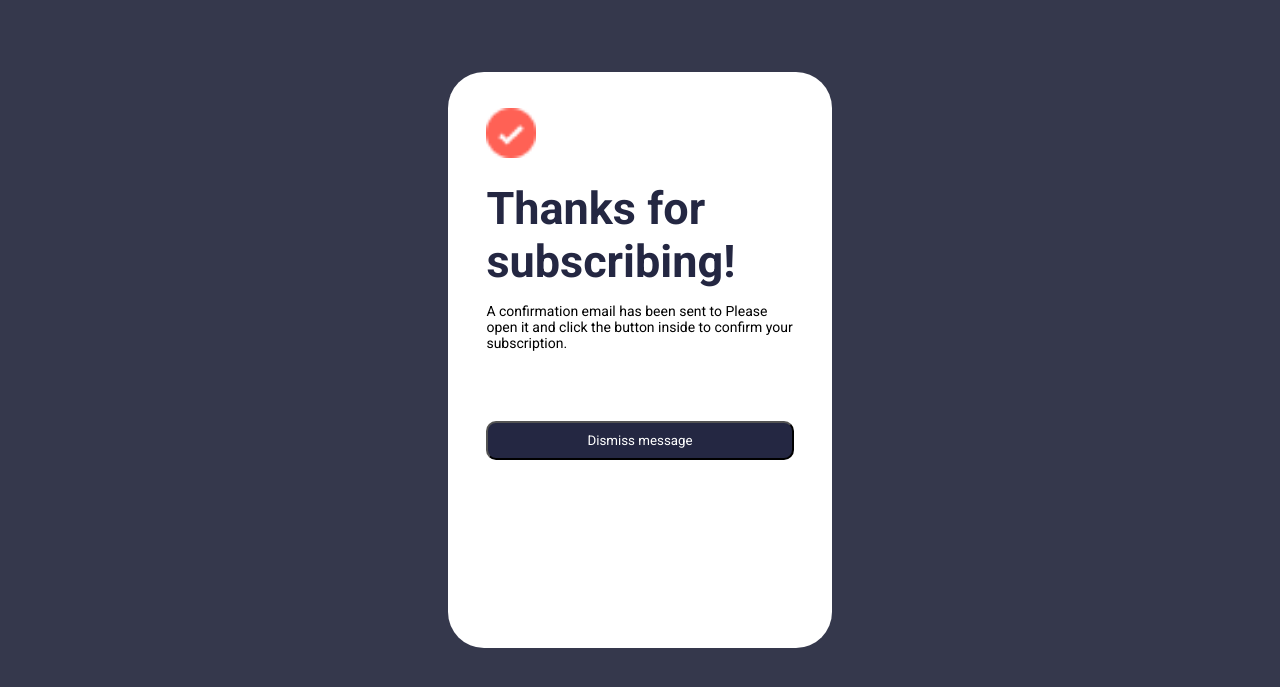
Repository: Harriet124/QA-project
Page: confirmation.html
The author's editor kept a copy of each file at every save. The page is drawn from the files as they stood at one save, then again after the next save.
The browser window is 1280 px wide. The pictures show the whole page.

Above is the page before, as saved 2024-04-04 23:00:08.
Console error: TypeError: Cannot read properties of null (reading 'addEventListener')

After the next save:
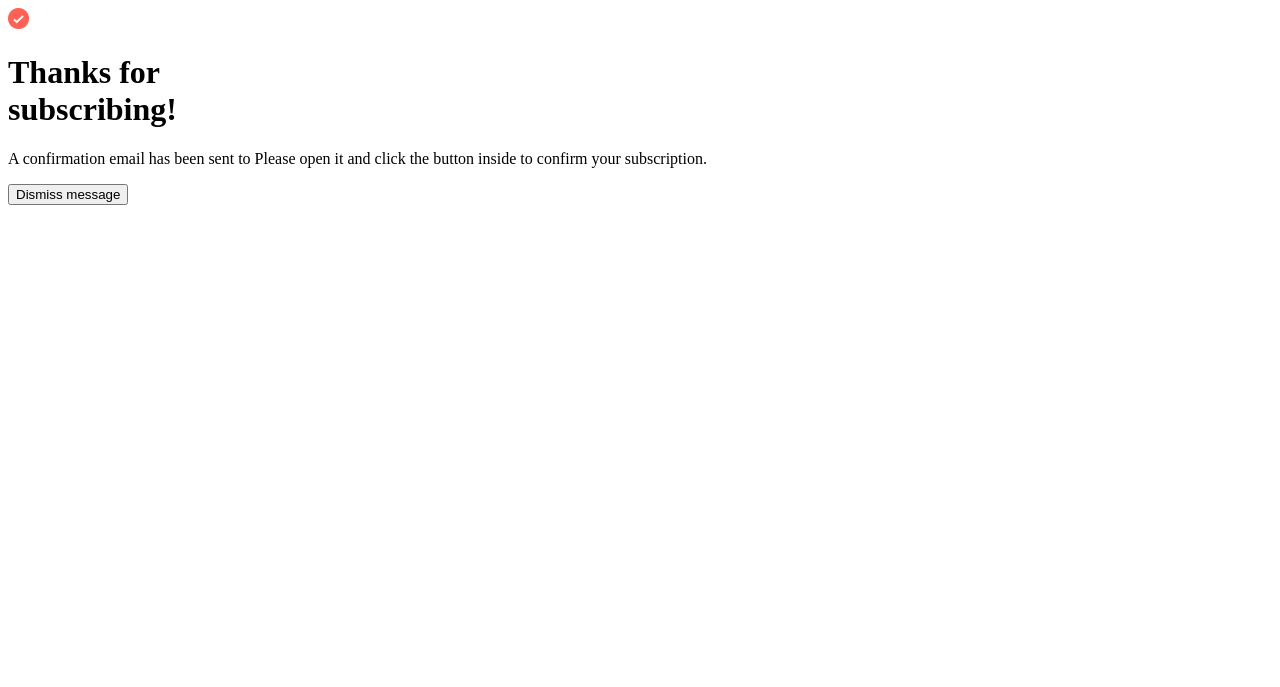
Saved 78 s later.
--- a/confirmation.html
+++ b/confirmation.html
@@ -4,7 +4,7 @@
 <head>
     <meta charset="UTF-8">
     <meta name="viewport" content="width=device-width, initial-scale=1.0">
-    <link rel="stylesheet" href="./assets/css/confirmation.css">
+    <link rel="stylesheet" href="/">
     <link
         href="https://fonts.googleapis.com/css2?family=Roboto:ital,wght@0,100;0,300;0,400;0,500;0,700;0,900;1,100;1,300;1,400;1,500;1,700;1,900&display=swap"
         rel="stylesheet">

After the save that followed:
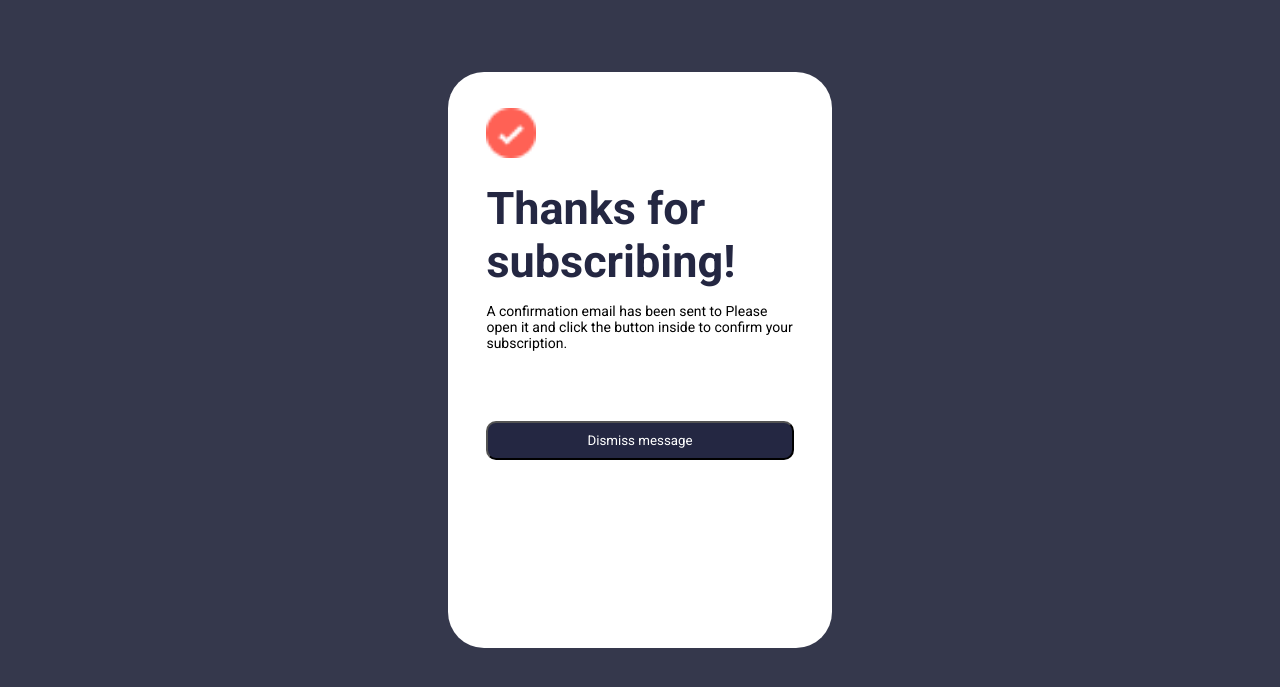
Saved 4 s later.
--- a/confirmation.html
+++ b/confirmation.html
@@ -4,7 +4,7 @@
 <head>
     <meta charset="UTF-8">
     <meta name="viewport" content="width=device-width, initial-scale=1.0">
-    <link rel="stylesheet" href="/">
+    <link rel="stylesheet" href="/confirmation.css">
     <link
         href="https://fonts.googleapis.com/css2?family=Roboto:ital,wght@0,100;0,300;0,400;0,500;0,700;0,900;1,100;1,300;1,400;1,500;1,700;1,900&display=swap"
         rel="stylesheet">
